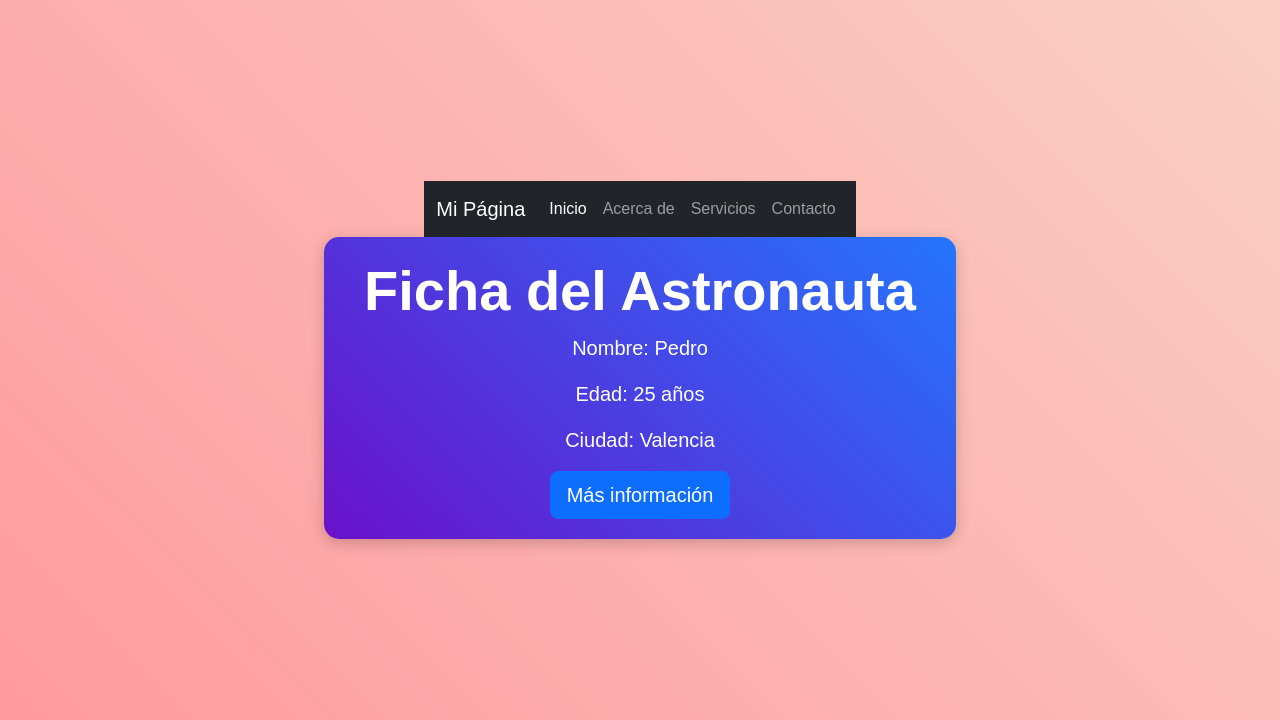
Repository: cristiananes/DWES_2
Page: http://localhost/index
The author's editor kept a copy of each file at every save. The page is drawn from the files as they stood at one save, then again after the next save.
The browser window is 1280 px wide. The pictures show the whole page.
The page is this project's Thymeleaf template; nobody is signed in. The template is opened directly, without the code that normally fills it, so the values that code supplies are empty.

Above is the page before, as saved 2025-01-13 08:45:13.

### cristianag47_ev2_01_AstronautasAula8/src/main/resources/templates/index.html
<!DOCTYPE html>
<html lang="es">
<head>
    <meta charset="UTF-8">
    <meta name="viewport" content="width=device-width, initial-scale=1.0">
    <title>Ficha del Astronauta</title>
    <!-- Enlace a Bootstrap -->
    <link href="https://cdn.jsdelivr.net/npm/bootstrap@5.3.0/dist/css/bootstrap.min.css" rel="stylesheet">
    <!-- Estilo adicional para hacerlo más llamativo -->
    <style>
        body {
            background: linear-gradient(45deg, #ff9a9e, #fad0c4);
            min-height: 100vh;
            display: flex;
            flex-direction: column;
            justify-content: center;
            align-items: center;
            font-family: 'Arial', sans-serif;
        }
        .ficha-astronauta {
            color: white;
            background: linear-gradient(45deg, #6a11cb, #2575fc);
            padding: 20px 40px;
            border-radius: 15px;
            box-shadow: 0 4px 15px rgba(0, 0, 0, 0.2);
            text-align: center;
            animation: zoomIn 1s;
        }
        @keyframes zoomIn {
            0% { transform: scale(0.5); opacity: 0; }
            100% { transform: scale(1); opacity: 1; }
        }
    </style>
</head>
<header>
	<!-- Menú de navegación -->
    <nav class="navbar navbar-expand-lg navbar-dark bg-dark w-100">
        <div class="container-fluid">
            <a class="navbar-brand" href="#">Mi Página</a>
            <button class="navbar-toggler" type="button" data-bs-toggle="collapse" data-bs-target="#navbarNav" aria-controls="navbarNav" aria-expanded="false" aria-label="Toggle navigation">
                <span class="navbar-toggler-icon"></span>
            </button>
            <div class="collapse navbar-collapse" id="navbarNav">
                <ul class="navbar-nav">
                    <li class="nav-item">
                        <a class="nav-link active" aria-current="page" href="#">Inicio</a>
                    </li>
                    <li class="nav-item">
                        <a class="nav-link" href="#">Acerca de</a>
                    </li>
                    <li class="nav-item">
                        <a class="nav-link" href="#">Servicios</a>
                    </li>
                    <li class="nav-item">
                        <a class="nav-link" href="#">Contacto</a>
                    </li>
                </ul>
            </div>
        </div>
    </nav>
</header>
<body>


    <div class="ficha-astronauta">
        <h1 class="display-4 fw-bold">Ficha del Astronauta</h1>
        <p class="lead">Nombre: <strong>Pedro</strong></p>
        <p class="lead">Edad: <strong>25 años</strong></p>
        <p class="lead">Ciudad: <strong>Valencia</strong></p>
        <button class="btn btn-primary btn-lg">Más información</button>
    </div>

    <!-- Bootstrap JS (opcional para interactividad) -->
    <script src="https://cdn.jsdelivr.net/npm/bootstrap@5.3.0/dist/js/bootstrap.bundle.min.js"></script>
</body>
</html>

After the next save:
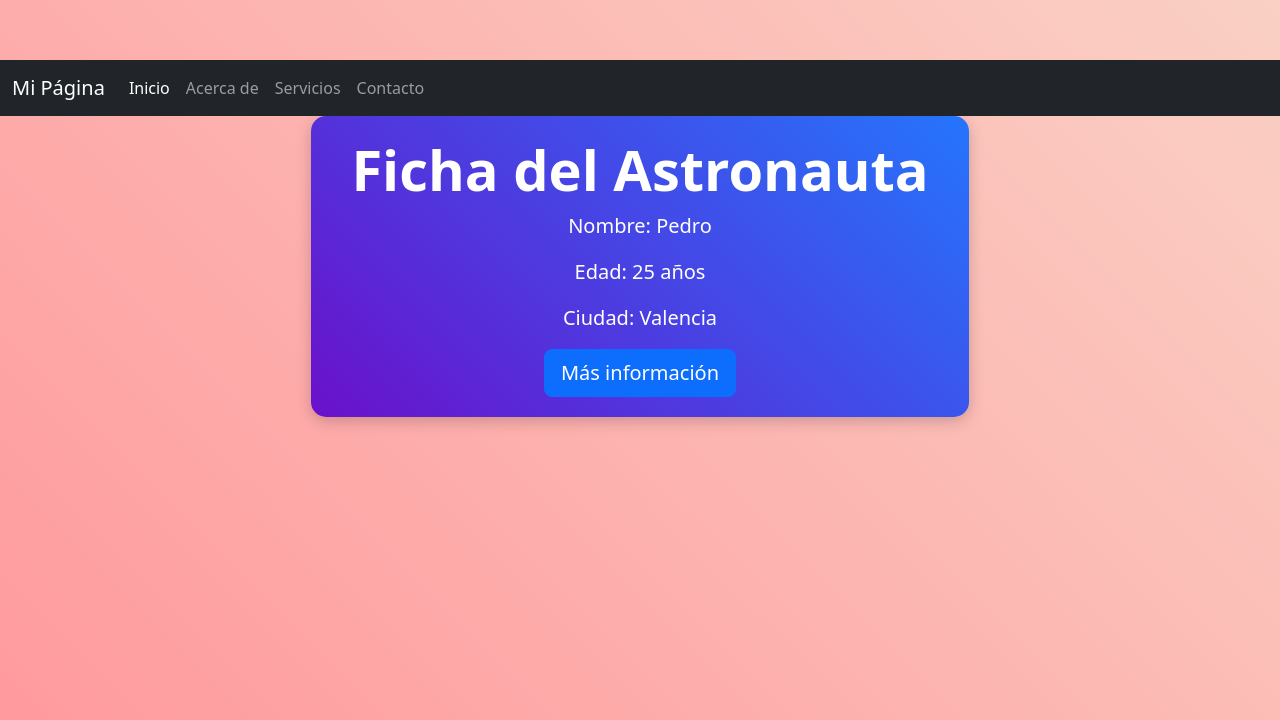
Saved 59 s later.
--- a/cristianag47_ev2_01_AstronautasAula8/src/main/resources/templates/index.html
+++ b/cristianag47_ev2_01_AstronautasAula8/src/main/resources/templates/index.html
@@ -8,15 +8,15 @@
     <link href="https://cdn.jsdelivr.net/npm/bootstrap@5.3.0/dist/css/bootstrap.min.css" rel="stylesheet">
     <!-- Estilo adicional para hacerlo más llamativo -->
     <style>
-        body {
-            background: linear-gradient(45deg, #ff9a9e, #fad0c4);
-            min-height: 100vh;
-            display: flex;
-            flex-direction: column;
-            justify-content: center;
-            align-items: center;
-            font-family: 'Arial', sans-serif;
-        }
+body {
+    background: linear-gradient(45deg, #ff9a9e, #fad0c4);
+    min-height: 100vh;
+    display: flex;
+    flex-direction: column;
+    align-items: center;
+    margin: 0;
+    padding-top: 60px; /* Espacio entre el menú y el contenido */
+}
         .ficha-astronauta {
             color: white;
             background: linear-gradient(45deg, #6a11cb, #2575fc);
@@ -32,8 +32,8 @@
         }
     </style>
 </head>
-<header>
-	<!-- Menú de navegación -->
+<body>
+    <!-- Menú de navegación -->
     <nav class="navbar navbar-expand-lg navbar-dark bg-dark w-100">
         <div class="container-fluid">
             <a class="navbar-brand" href="#">Mi Página</a>
@@ -58,9 +58,6 @@
             </div>
         </div>
     </nav>
-</header>
-<body>
-
 
     <div class="ficha-astronauta">
         <h1 class="display-4 fw-bold">Ficha del Astronauta</h1>
